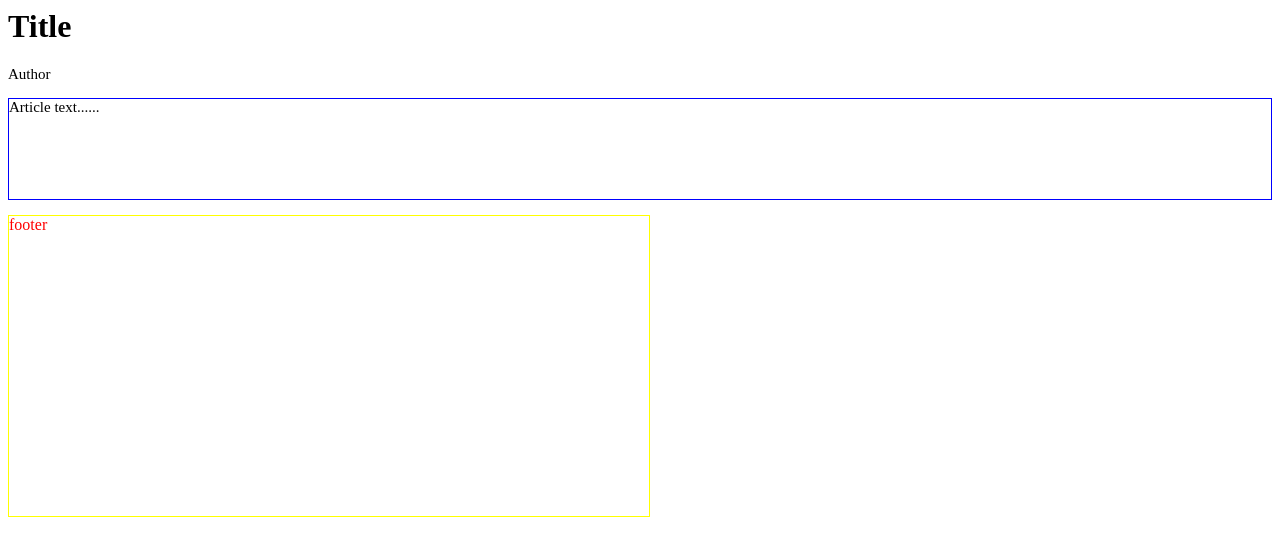
Repository: shahdhavalin/product-school
Page: index.html
The author's editor kept a record of every edit. The page is drawn from the files as they stood at one moment, then again after the next edit.
The browser window is 1280 px wide. The pictures show the whole page.

Above is the page before.

After the next edit:
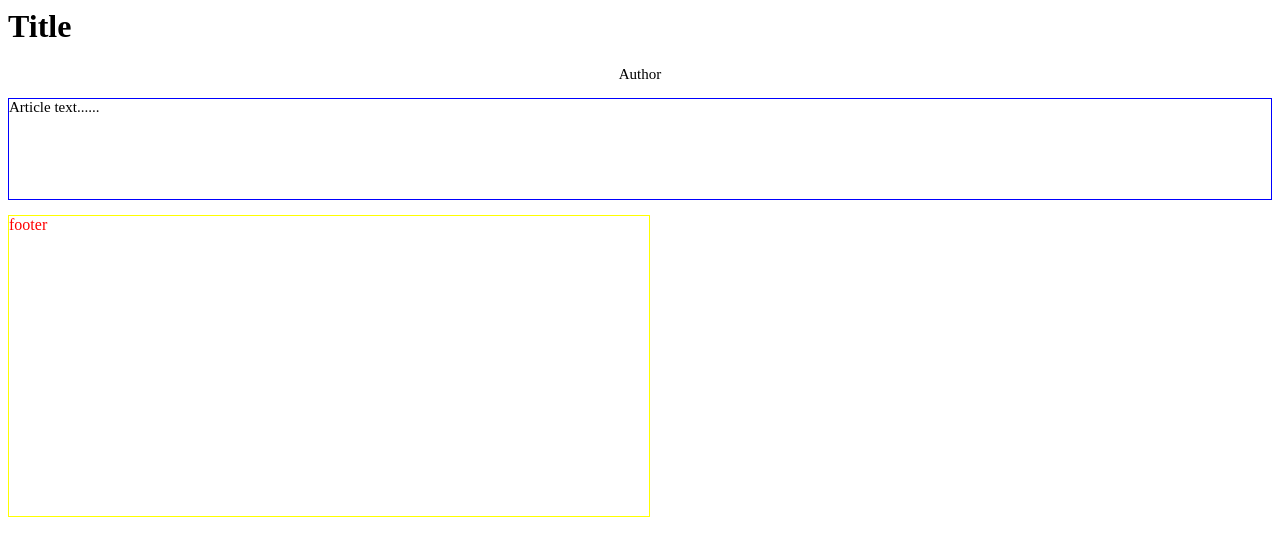
The edit:
--- a/style.css
+++ b/style.css
@@ -1,4 +1,4 @@
-        <style type="text/css">
+
             .byline {
                 text-align: center;
             }
